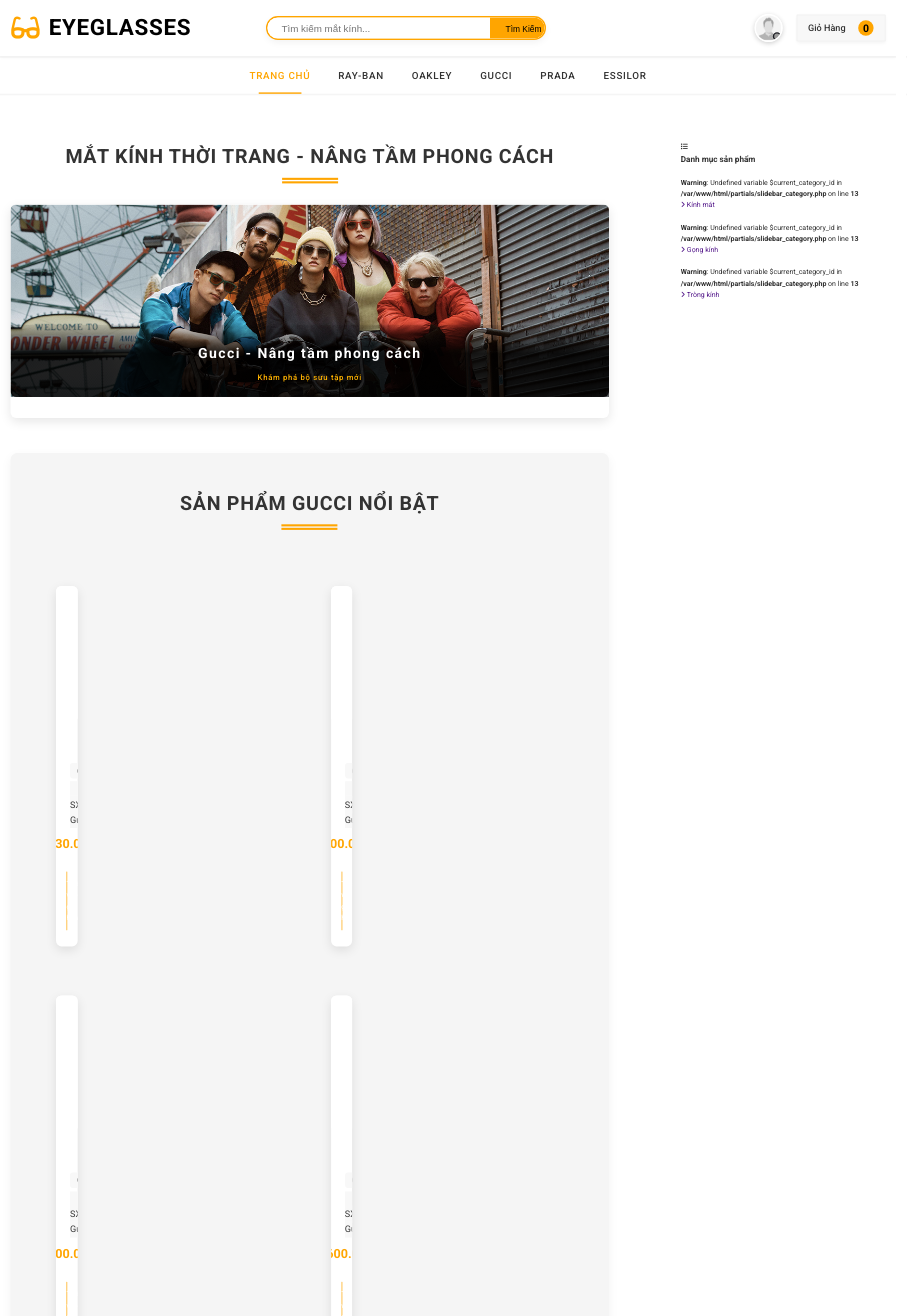
Repository: Giau-svg/glasses-store
Page: http://localhost/
The author's editor kept a copy of each file at every save. The page is drawn from the files as they stood at one save, then again after the next save.
The browser window is 1280 px wide. The page is 1295 px wide, so the pictures cover 1295 px, including what lies to the right of the window. The pictures show the part of the page from y = 0 to 1880 px (the page is 5045 px tall), at 70% of full size.
Some web libraries are served in a nearby version. The page is run by PHP 8.4 with error messages shown; the project is at /var/www/html/. The database holds what the project's SQL file puts in it.

Above is the page before, as saved 2025-05-08 10:28:59.
Console error: ReferenceError: $ is not defined

After the next save:
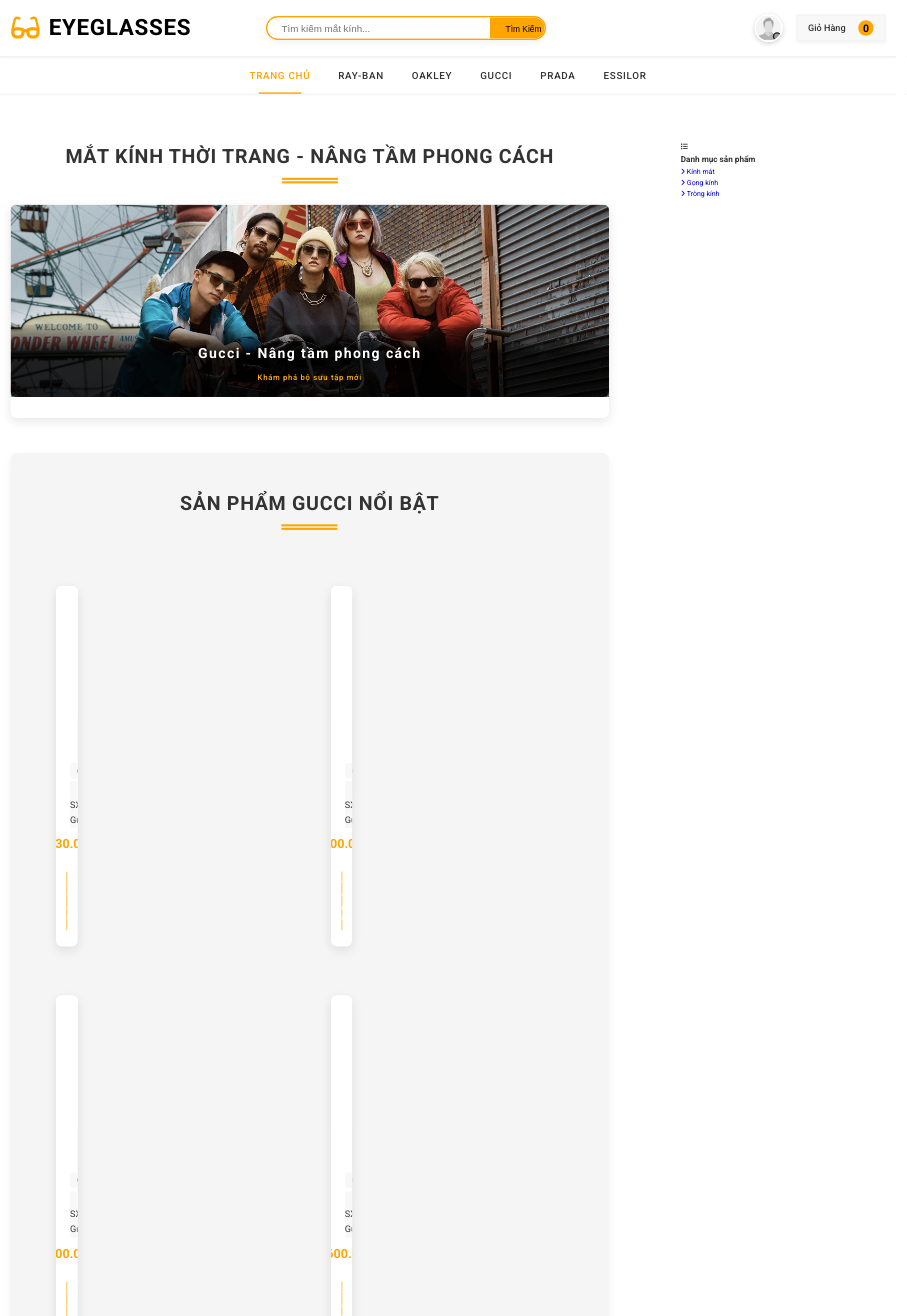
Saved 74 s later.
--- a/partials/slidebar_category.php
+++ b/partials/slidebar_category.php
@@ -1,3 +1,13 @@
+<?php
+if (!isset($current_category_id)) $current_category_id = '';
+if (!isset($category_links)) $category_links = [
+    1 => 'sunglasses',
+    2 => 'eyeglasses',
+    3 => 'lens',
+    4 => 'contact-lens',
+    5 => 'fashion-glasses'
+];
+?>
 <div class="content__sidebar">
     <div class="sidebar__category">
         <div class="sidebar__header">
